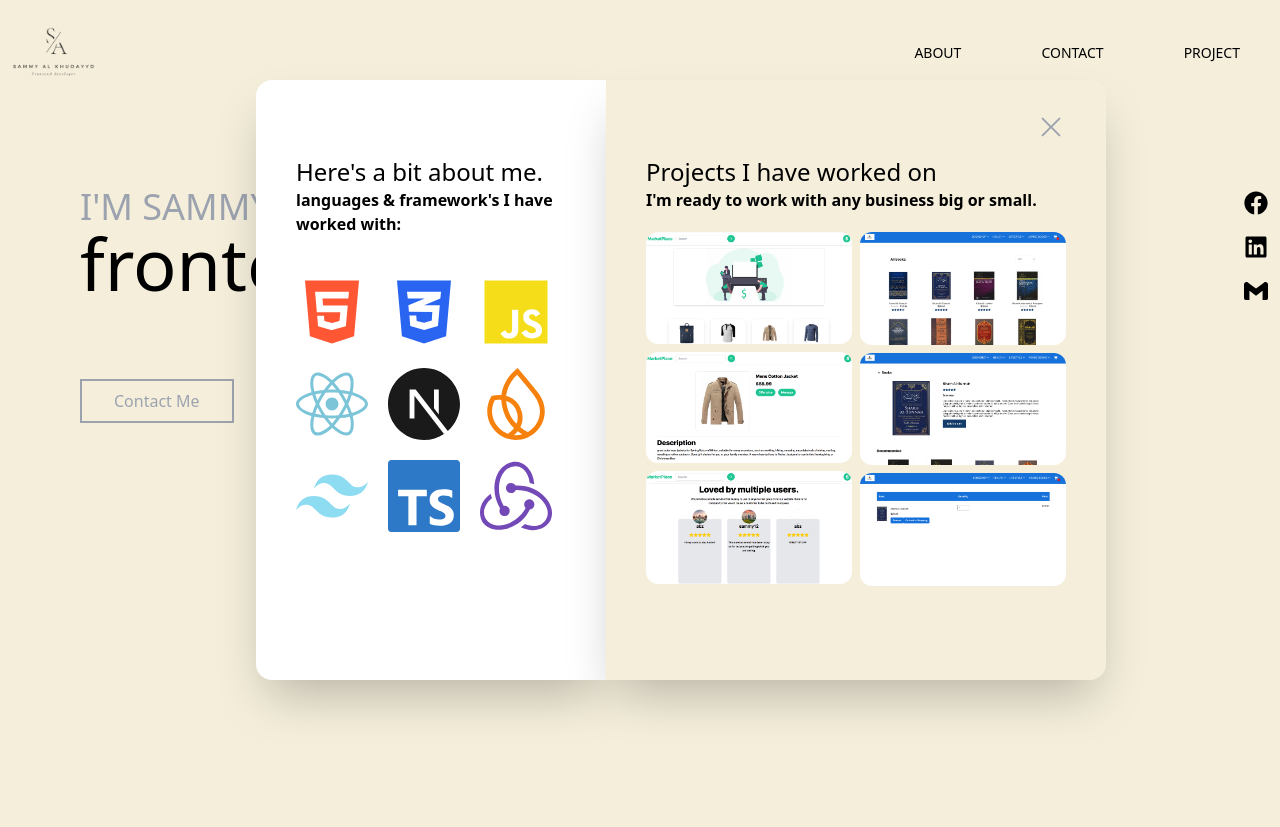
Repository: Al123Kudayyd/myportfolio
Page: /, after clicking the first element matching `li.px-10 > div`
The author's editor kept a copy of each file at every save. The page is drawn from the files as they stood at one save, then again after a run of saves.
The browser window is 1280 px wide. The pictures show the whole page.
The project was rebuilt for these pictures with package versions that can differ from the ones it lists, and the page was loaded fresh each time. Also part of the build but not shown: src/components/model.js.

Above is the page before, as saved 2024-02-22 13:59:58.

### src/index.js
import React from 'react';
import ReactDOM from 'react-dom/client';
import './index.css';
import App from './App';
import { store } from './redux/store';
import reportWebVitals from './reportWebVitals';
import { Provider } from 'react-redux';

const root = ReactDOM.createRoot(document.getElementById('root'));
root.render(
  <Provider store={store}>
    <React.StrictMode>
      <App />
    </React.StrictMode>
  </Provider>

);

// If you want to start measuring performance in your app, pass a function
// to log results (for example: reportWebVitals(console.log))
// or send to an analytics endpoint. Learn more: https://bit.ly/CRA-vitals
reportWebVitals();

### src/App.js
import Main from './components/Main';
import Nav from './components/Nav';
import Model from './components/Model'
import Projects from './components/Projects';
import { useState } from 'react';
import { LiaTimesSolid } from "react-icons/lia";


function App() {

  const [openProjectModal, setOpenProjectModel] = useState(false)

  return (
    <div className="min-h-svh">
      <Nav button={<div onClick={() => setOpenProjectModel(true)}>PROJECT</div>} />
      <Main />
      {
        openProjectModal && <Projects button={<LiaTimesSolid onClick={() => setOpenProjectModel(false)}  />} />
      }

    </div>
  );
}

export default App;

### src/redux/store.js
import { configureStore } from '@reduxjs/toolkit'
import modalSlice from './modalSlice'

export const store = configureStore({
    reducer: {
        modals: modalSlice
    },
  })

### src/components/Main.jsx
import React, { useState } from 'react'
import Model from './Model'
import { LiaTimesSolid } from "react-icons/lia";
import { FaFacebook, FaLinkedin } from "react-icons/fa";
import { SiGmail } from "react-icons/si";
import Projects from './Projects';
import { useDispatch, useSelector } from 'react-redux';
import { closeProjectModal } from '../redux/modalSlice';
import { LiaBarsSolid } from "react-icons/lia";

function Main() {
    const [openModal, setOpenModal] = useState(false)



  return (
    <div className='relative'>
    <div className='bg-[#f4eedb] relative h-screen'>
        <div className='-z-10 pl-20 pt-20 '>
            <h1 className=''><span className='text-gray-400 font-extralight text-4xl'>I'M SAMMY AND I'M A</span>
            <br /><span className='text-7xl'>frontend developer.</span></h1>
            <button className='mt-20 border-gray-400 border-2 text-gray-400 py-2 px-8 hover:bg-gray-400 hover:text-[#f4eedb]
            transition-all duration-300'
            onClick={() => setOpenModal(true)}>
                Contact Me</button>
        </div>

    </div>
    {
        openModal && <Model btn={<LiaTimesSolid onClick={() => setOpenModal(false) } />}
         />
    }
    <div className='absolute top-[10%] right-0 text-2xl  m-3'>
        <a href="" className='' ><FaFacebook className='cursor-not-allowed' /></a>
        <a href="https://uk.linkedin.com/in/sammy-al-khudayyd-17656b246"  className=''>
            <FaLinkedin className='cursor-pointer my-5' />
        </a>
        <a href=""><SiGmail className='cursor-pointer' /></a>

    </div>

    </div>
  )
}

export default Main

### src/components/Nav.jsx
import React from 'react'
import logo from '../assets/logo.png'
import { LiaBarsSolid } from "react-icons/lia";
import { useDispatch } from 'react-redux';
import { openProjectModal } from '../redux/modalSlice';
import Projects from './Projects';

function Nav({ button, button1 }) {

    const dispatch = useDispatch()
  return (
    <div className='bg-[#f4eedb] '>
        <div className='flex justify-between items-center'>
            <img src={logo} className="w-[20%] md:w-1/12 " />
            <LiaBarsSolid className='sm:hidden text-3xl mr-5 hover:text-gray-400 cursor-pointer active:scale-[.85] transition-all duration-300' />
            <ul className='hidden sm:flex font-extralight text-sm '>
                <li className='px-10 cursor-pointer hover:text-gray-400 transition-all duration-300'>ABOUT</li>
                <li className='px-10 cursor-pointer hover:text-gray-400 transition-all duration-300'>CONTACT</li>
                <li
                className='px-10 cursor-pointer hover:text-gray-400 transition-all duration-300 text-black'
                >
                   {button}
                </li>
            </ul>
        </div>



    </div>
  )
}

export default Nav

### src/components/Projects.jsx
import React, { useState } from 'react'
import { FaHtml5, FaReact } from "react-icons/fa";
import { FaCss3Alt } from "react-icons/fa6";
import { IoLogoJavascript } from "react-icons/io5";
import { SiTypescript, SiTailwindcss, SiFirebase, SiNextdotjs, SiRedux} from "react-icons/si";
import project1 from '../assets/project1.png'
import project1c from '../assets/project1b.png'
import project1b from '../assets/project1c.png'
import project2 from '../assets/project2.png'
import project2b from '../assets/project2b.png'
import project2c from '../assets/project2c.png'


import { useDispatch, useSelector } from 'react-redux';
import { closeProjectModal } from '../redux/modalSlice';


function Projects({ button }) {

    const Open = useSelector(state => state.modals.openprojectmodal)
    const dispatch = useDispatch()


  return (
    <div className='absolute top-0 left-[20%] translate-x mt-20 animate-fade'>
        <div className='text-gray-400 absolute right-10 top-8 cursor-pointer text-3xl hover:text-black transition-all duration-300
        active:scale-[.85]'>{button}</div>
        <div className='flex justify-center items-center'>
            <div className='shadow-2xl bg-white w-[350px] h-[600px] rounded-l-2xl '>
                <div className='px-[40px] py-[76px] '>
                    <h1 className='text-2xl'>Here's a bit about me.</h1>
                    <h3 className='text-md font-bold'>languages & framework's I have worked with:</h3>
                    <div className='flex flex-wrap my-10 text-7xl'>
                        <FaHtml5 className='text-[#FF5733]' />
                        <FaCss3Alt className='text-[#2965F1] mx-5' />
                        <IoLogoJavascript className='text-[#F5DE19]' />
                        <FaReact className='text-[#7CC5D9] my-5' />
                        <SiNextdotjs className='text-[#1a1a1a] my-5 mx-5' />
                        <SiFirebase className='text-[#F6820D] my-5' />
                        <SiTailwindcss className='text-[#8edcf1]' />
                        <SiTypescript className='text-[#2D79C7] mx-5' />
                        <SiRedux className='text-[#7348B7]' />
                    </div>
                </div>

            </div>
            <div className='shadow-2xl bg-[#f4eedb] w-[500px] h-[600px] rounded-r-2xl overflow-auto animte-in'>
                <div className='px-[40px] py-[76px]'>
                    <h1 className='text-2xl'>Projects I have worked on</h1>
                    <h3 className='text-md font-bold'>I'm ready to work with any business big or small.</h3>
                    <div className='mt-5 flex'>
                        <div className='w-1/2 space-y-2 mr-2 '>
                            <img className='rounded-xl' src={project1} alt="" />
                            <img className='rounded-xl' src={project1b} alt="" />
                            <img  className='rounded-xl' src={project1c} alt="" />
                        </div>
                        <div className='w-1/2 space-y-2'>
                            <img className='rounded-xl' src={project2} alt="" />
                            <img className='rounded-xl' src={project2b} alt="" />
                            <img className='rounded-xl' src={project2c} alt="" />
                        </div>
                    </div>

                </div>

            </div>
        </div>
    </div>
  )
}

export default Projects

### src/redux/modalSlice.js
import { createSlice } from '@reduxjs/toolkit'

const initialState = {
    openprojectmodal: false,
    opencontactmodal: false

}

const modalSlice = createSlice({
  name: "modal",
  initialState,
  reducers: {
    openProjectModal: (state) => {
        state.openprojectmodal = true
    },
    openContactModal: (state) => {
        state.opencontactmodal = true
    },
    closeProjectModal: (state) => {
        state.openprojectmodal = false
    },
    closeContactModal: (state) => {
        state.opencontactmodal = false
    }
  }
});

export const { openContactModal, openProjectModal, closeContactModal, closeProjectModal } = modalSlice.actions

export default modalSlice.reducer

### tailwind.config.js
/** @type {import('tailwindcss').Config} */
module.exports = {
  content: [
    "./src/components/Nav.{js,jsx,ts,tsx}",
    "./src/components/Main.{js,jsx,ts,tsx}",
    "./src/components/App.{js,jsx,ts,tsx}",
    "./src/components/Model.{js,jsx,ts,tsx}",
    "./src/components/Projects.{js,jsx,ts,tsx}"
  ],
  theme: {
    extend: {
      keyframes: {
        fade: {
          '0%': { transform: 'skewY(24deg)', opacity: '1' },
          '100%': { transform: 'skewY(0deg)' },
        },
        in: {
          '0%': { transform: 'translateX(100%)', opacity: '1' },
          '100%': { transform: 'translateX(0%)' },
        },
      },
      animation: {
        fade: 'fade 1.1s ease',
        in: 'fades 0.7 ease'
      }
    },
  },
  plugins: [],
}

Loaded but not shown: public/index.html (common file); src/index.css (common file); src/reportWebVitals.js (common file)

After the next 2 saves:
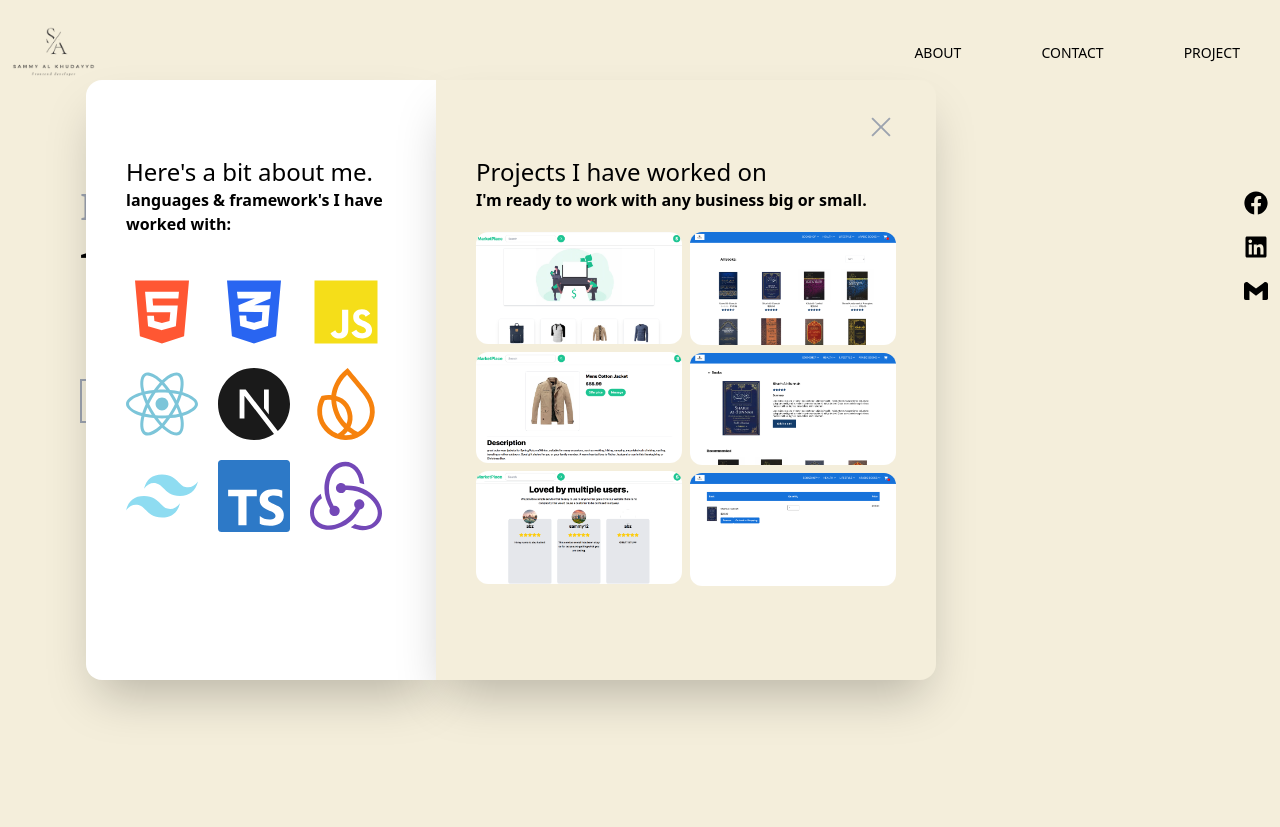
The 2 saves are shown as one change because they came seconds apart.
The last was saved 6 s later.
--- a/src/components/Projects.jsx
+++ b/src/components/Projects.jsx
@@ -22,7 +22,7 @@
 
 
   return (
-    <div className='absolute top-0 left-[20%] translate-x mt-20 animate-fade'>
+    <div className='absolute top-0 left-[20%] translate-x-[-20%] mt-20 animate-fade'>
         <div className='text-gray-400 absolute right-10 top-8 cursor-pointer text-3xl hover:text-black transition-all duration-300
         active:scale-[.85]'>{button}</div>
         <div className='flex justify-center items-center'>

After the 5 saves that followed:
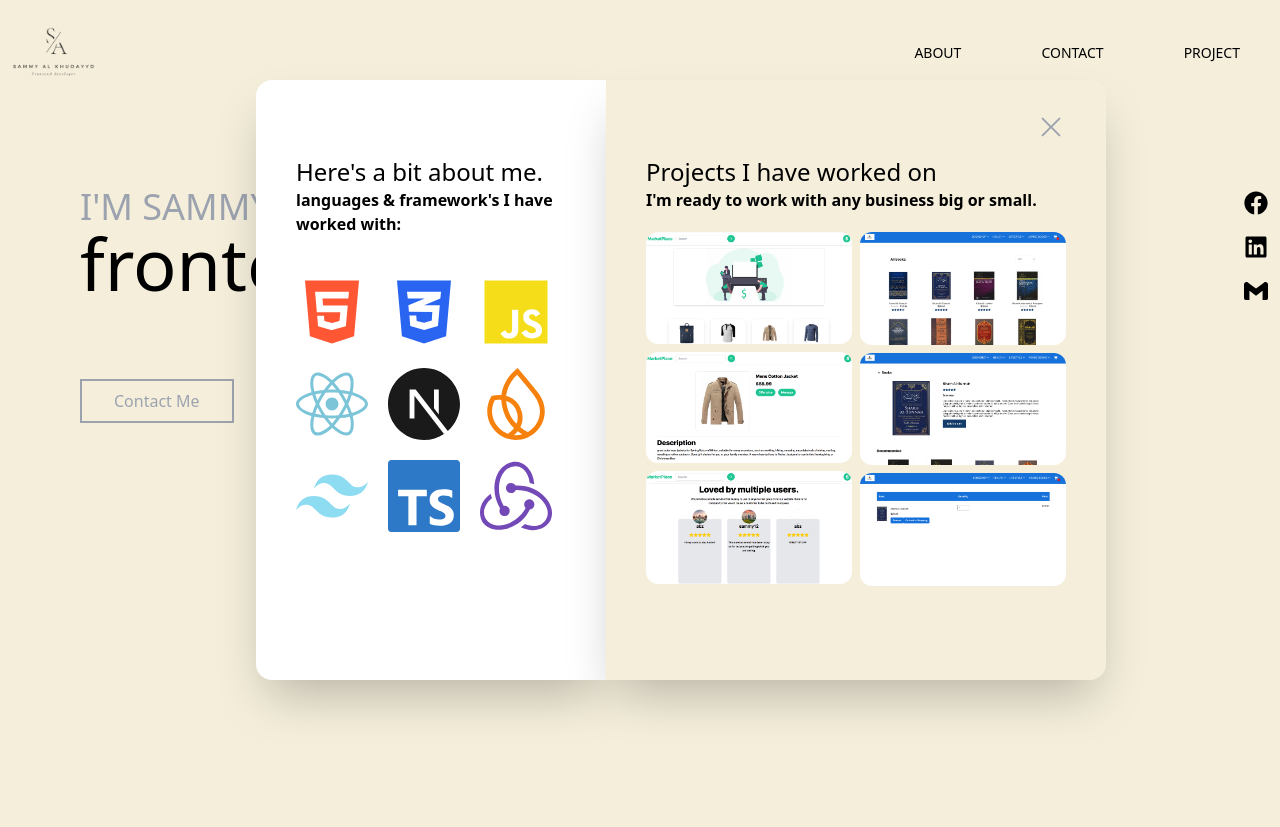
The 5 saves are shown as one change because 2 left the picture as it was and some came seconds apart.
The last was saved 38 s later.
--- a/src/components/Projects.jsx
+++ b/src/components/Projects.jsx
@@ -22,7 +22,7 @@
 
 
   return (
-    <div className='absolute top-0 left-[20%] translate-x-[-20%] mt-20 animate-fade'>
+    <div className='absolute top-0 left-[20%] translate-l-[-20%] mt-20 animate-fade'>
         <div className='text-gray-400 absolute right-10 top-8 cursor-pointer text-3xl hover:text-black transition-all duration-300
         active:scale-[.85]'>{button}</div>
         <div className='flex justify-center items-center'>
